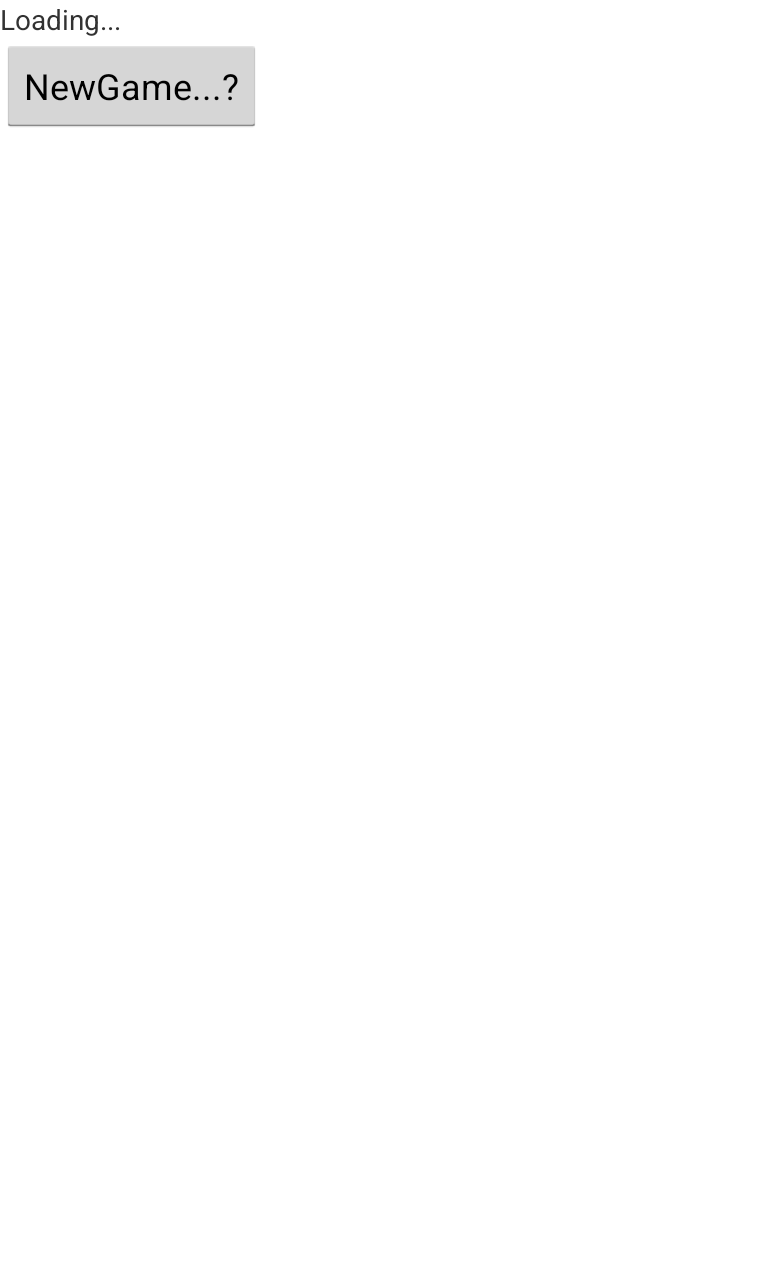
Repository: RayyLim/LiarPoker
Layout: LiarPoker/res/layout/result_main.xml
These files come from the project's save history. The layout is drawn as it stood at one moment and after the next save; the edit follows.
It is drawn on a 768 x 1280 px phone screen (xhdpi) without system bars, with theme AppTheme; the app's code is not run.

Above is the layout before, as saved 2012-07-22 15:56:43.

After the next save:
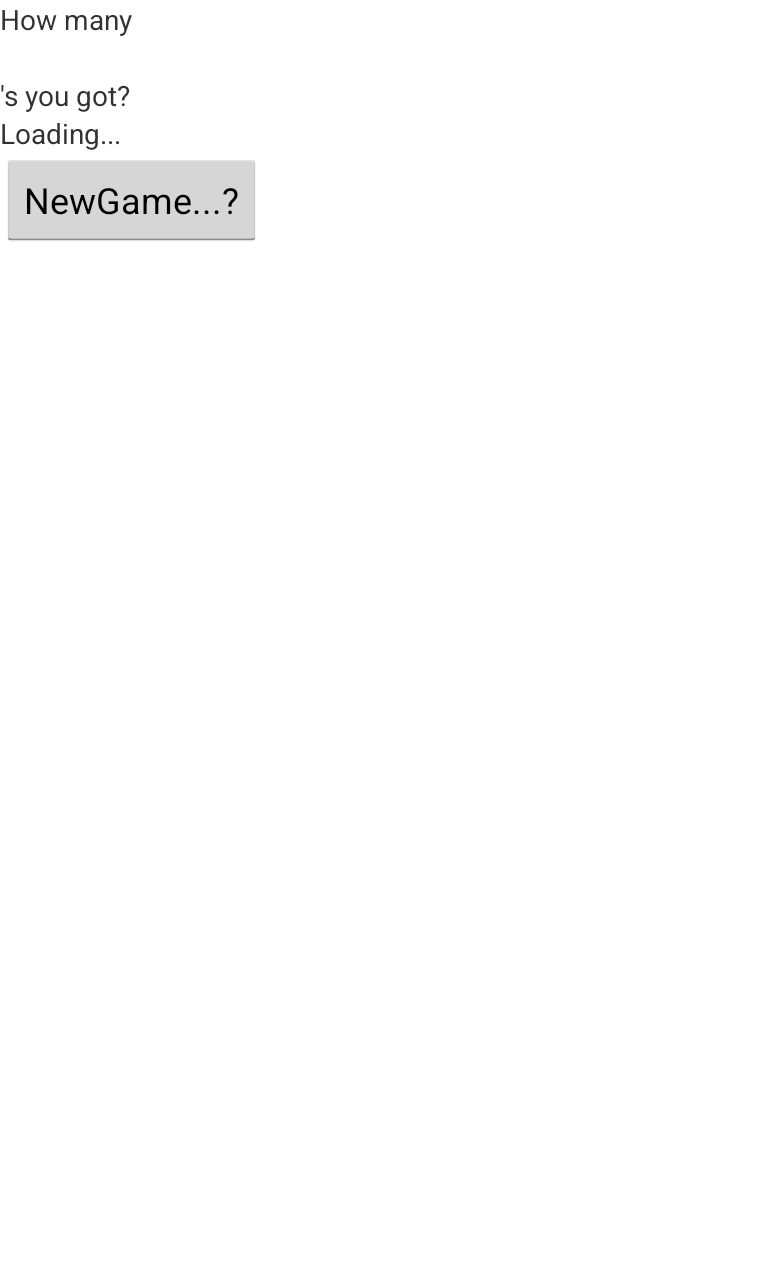
Saved 99 s later.
--- a/LiarPoker/res/layout/result_main.xml
+++ b/LiarPoker/res/layout/result_main.xml
@@ -5,6 +5,19 @@
     android:orientation="vertical" >
 
 
+    <TextView
+        android:layout_width="wrap_content"
+        android:layout_height="wrap_content"
+        android:text="How many " />
+    <TextView
+        android:id="@+id/lastNumberText"
+        android:layout_width="wrap_content"
+        android:layout_height="wrap_content"
+        android:text="" />
+        <TextView
+        android:layout_width="wrap_content"
+        android:layout_height="wrap_content"
+        android:text="'s you got?" />
 
     <TableLayout
         android:id="@+id/resultTable"
